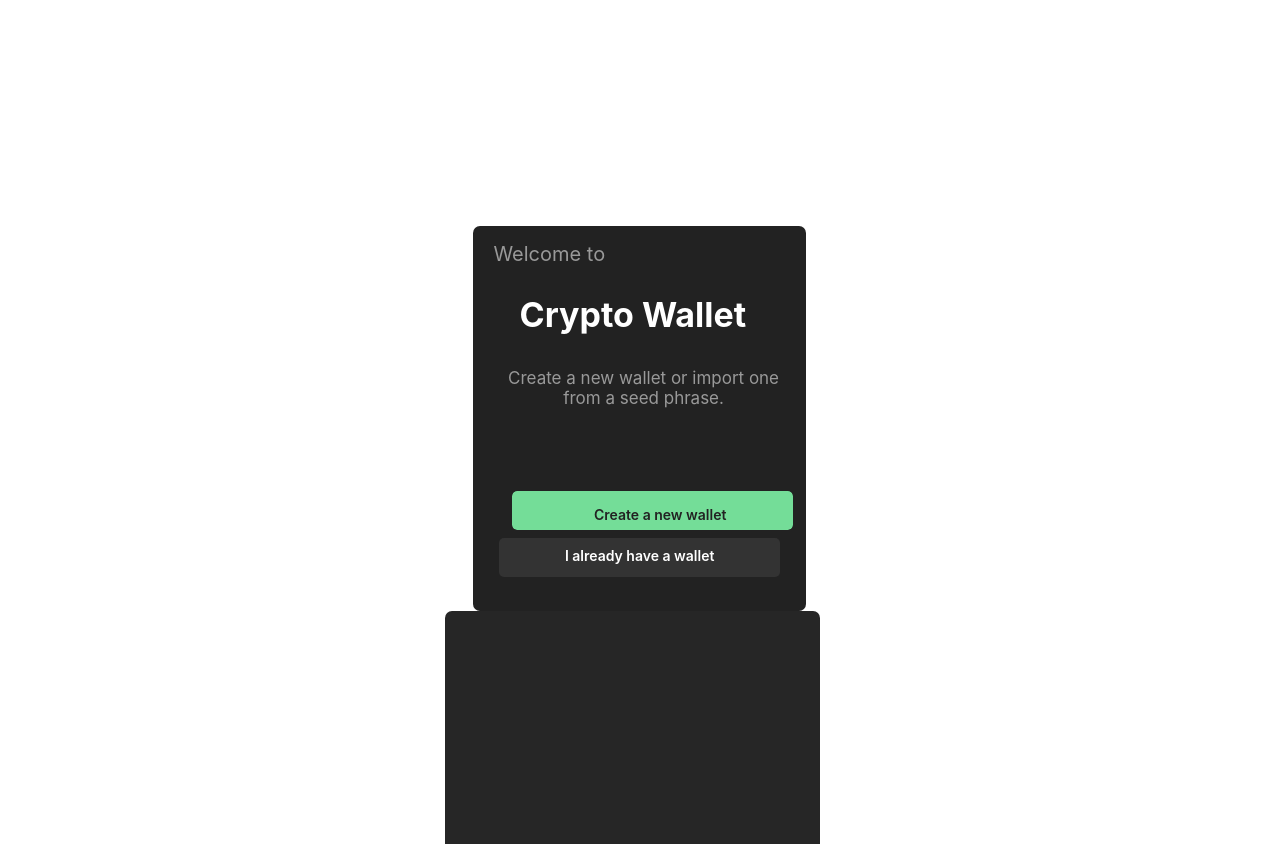
Repository: krishbains/CryptoWallet
Page: /
The author's editor kept a copy of each file at every save. The page is drawn from the files as they stood at one save, then again after the next save.
The browser window is 1280 px wide. The pictures show the whole page.
The project was rebuilt for these pictures with package versions that can differ from the ones it lists, and the page was loaded fresh each time. Also part of the build but not shown: src/components/basepage/basepage.jsx.

Above is the page before, as saved 2024-03-28 15:32:36.

### src/App.js
import './App.css';
import BasePage from './components/basepage/basepage';
import StartingPage from './components/startingpage/startingpage';

function App() {
  return (
    <div className="App">
      {/* <BasePage/> */}
      <StartingPage/>
    </div>
  );
}

export default App;

### src/components/startingpage/startingpage.jsx
import React from 'react';
import './startingpage.css';

export default function StartingPage() {
return (
<div className='main-container'>
    <div className='main-frame'>
    <span className='welcome-message'>Welcome to </span>
    <span className='crypto-wallet'>Crypto Wallet</span>
    <span className='create-wallet'>

        Create a new wallet or import one from a seed phrase.
    </span>
    <button className='group-button'>
        <span className='create-wallet-span'>Create a new wallet</span>
        <div className='new-wallet-box' />
    </button>
    <div className='main-frame-1' />
    <button className='existing-wallet-box' />
    <span className='wallet'>I already have a wallet</span>
    </div>
    <div className='main-frame-background' />
</div>
);
}

### src/components/basepage/basepage.css
:root {
  --default-font-family: -apple-system, BlinkMacSystemFont, "Segoe UI", Roboto,
    Ubuntu, "Helvetica Neue", Helvetica, Arial, "PingFang SC",
    "Hiragino Sans GB", "Microsoft Yahei UI", "Microsoft Yahei",
    "Source Han Sans CN", sans-serif;
}

.main-container {
  overflow: hidden;
}

.main-container,
.main-container * {
  box-sizing: border-box;
}

input,
select,
textarea,
button {
  outline: 0;
}

.main-container {
  position: relative;
  width: 375px;
  height: 812px;
  margin: 0 auto;
}
.main-frame-background {
  position: relative;
  width: 374.944px;
  height: 812px;
  margin: 0 0 0 0;
  background: #262626;
  z-index: 1;
  overflow: visible auto;
  border-radius: 7px;
}
.account-bar {
  position: relative;
  width: 375px;
  height: 58px;
  margin: 0 0 0 0;
  background: #222222;
  z-index: 3;
  border-radius: 7px 7px 0 0;
}
.account {
  display: flex;
  align-items: flex-start;
  justify-content: flex-start;
  position: absolute;
  height: 47.455px;
  top: 5.273px;
  left: 128.397px;
  color: #ffffff;
  font-family: Kantumruy, var(--default-font-family);
  font-size: 20px;
  font-weight: 400;
  line-height: 36.133px;
  text-align: left;
  white-space: nowrap;
  z-index: 4;
}
.vector {
  position: absolute;
  width: 7.07%;
  height: 40.91%;
  top: 29.55%;
  left: 4.62%;
  background: url(../assets/images/45246d70-5334-4404-8daa-30d76e51f1e5.png)
    no-repeat center;
  background-size: 100% 100%;
  z-index: 6;
}
.rectangle {
  position: relative;
  width: 333.22px;
  height: 131.818px;
  margin: 26.364px 0 0 20.38px;
  background: #74dd98;
  border: 2px solid #2e2e2e;
  z-index: 60;
  border-radius: 16px;
  box-shadow: 0 4px 4px 0 rgba(0, 0, 0, 0.25);
}
.flex-column-be {
  position: absolute;
  width: 40.67%;
  height: 76%;
  top: 10.48%;
  left: 5.52%;
  font-size: 0px;
  z-index: 65;
}
.current-balance {
  display: block;
  position: relative;
  height: 31.636px;
  margin: 0 0 0 0;
  color: #272727;
  font-family: Poppins, var(--default-font-family);
  font-size: 16px;
  font-weight: 600;
  line-height: 24px;
  text-align: left;
  white-space: nowrap;
  z-index: 65;
}
.currency {
  display: block;
  position: relative;
  height: 47.455px;
  margin: 21.091px 0 0 0;
  color: #1d1d1d;
  font-family: Poppins, var(--default-font-family);
  font-size: 24px;
  font-weight: 700;
  line-height: 36px;
  text-align: left;
  white-space: nowrap;
  z-index: 64;
}
.percentage {
  display: flex;
  align-items: center;
  justify-content: flex-start;
  position: absolute;
  height: 23.727px;
  top: 77.091px;
  right: 92.769px;
  color: #2e2e2e;
  font-family: Inter, var(--default-font-family);
  font-size: 14.819188117980957px;
  font-weight: 700;
  line-height: 17.935px;
  text-align: left;
  white-space: nowrap;
  z-index: 62;
}
.arrow-up {
  position: absolute;
  width: 3.68%;
  height: 12.04%;
  top: 60.34%;
  left: 52%;
  background: url(../assets/images/10aa10bc-5b7c-4b32-8284-2e646e5b7f8e.png)
    no-repeat center;
  background-size: 100% 100%;
  z-index: 63;
  overflow: hidden;
  border-radius: 16px;
}
.flex-row-afb {
  display: flex;
  align-items: center;
  justify-content: space-between;
  position: relative;
  width: 324.736px;
  height: 50.091px;
  margin: 39.545px 0 0 22.418px;
  z-index: 57;
}
.transfer-button {
  flex-shrink: 0;
  position: relative;
  width: 102.589px;
  height: 50.091px;
  background: #74dd98;
  border: 2px solid #393939;
  z-index: 57;
  border-radius: 20px;
  box-sizing: content-box;
}
.transfer {
  display: flex;
  align-items: flex-start;
  justify-content: flex-start;
  position: absolute;
  height: 25.045px;
  top: 11.864px;
  left: 21.702px;
  color: #222222;
  font-family: Inter, var(--default-font-family);
  font-size: 14px;
  font-weight: 600;
  line-height: 16.943px;
  text-align: left;
  white-space: nowrap;
  z-index: 58;
}
.deposit-button {
  flex-shrink: 0;
  position: relative;
  width: 102.589px;
  height: 50.091px;
  background: #74dd98;
  border: 2px solid #393939;
  z-index: 54;
  border-radius: 20px;
  box-sizing: content-box;
  box-shadow: 0 4px 4px 0 rgba(0, 0, 0, 0.25) inset;
}
.deposit {
  display: flex;
  align-items: flex-start;
  justify-content: flex-start;
  position: absolute;
  height: 25.045px;
  top: 11.864px;
  left: 23.674px;
  color: #28272a;
  font-family: Inter, var(--default-font-family);
  font-size: 14px;
  font-weight: 600;
  line-height: 16.943px;
  text-align: left;
  white-space: nowrap;
  z-index: 55;
  text-shadow: 0 4px 4px rgba(0, 0, 0, 0.25);
}
.receive-button {
  flex-shrink: 0;
  position: relative;
  width: 102.589px;
  height: 50.091px;
  background: #74dd98;
  border: 2px solid #393939;
  z-index: 51;
  border-radius: 20px;
  box-sizing: content-box;
}
.withdraw {
  display: flex;
  align-items: flex-start;
  justify-content: flex-start;
  position: absolute;
  height: 25.045px;
  top: 11.864px;
  left: 16.77px;
  color: #28272a;
  font-family: Inter, var(--default-font-family);
  font-size: 14px;
  font-weight: 600;
  line-height: 16.943px;
  text-align: left;
  white-space: nowrap;
  z-index: 52;
}
.holdings-background {
  position: relative;
  width: 353.601px;
  height: 395.455px;
  margin: 39.545px 0 0 10.19px;
  background: url(../assets/images/080edce0-6464-4538-901a-cff2fcb1b786.png)
    no-repeat center;
  background-size: cover;
  z-index: 46;
  overflow: visible auto;
}
.flex-row {
  display: flex;
  align-items: center;
  justify-content: space-between;
  position: relative;
  width: 327.106px;
  height: 26.364px;
  margin: 14.5px 0 0 9.171px;
  z-index: 48;
}
.holdings {
  flex-shrink: 0;
  position: relative;
  height: 26.364px;
  color: #ffffff;
  font-family: Poppins, var(--default-font-family);
  font-size: 15px;
  font-weight: 700;
  line-height: 20px;
  text-align: left;
  white-space: nowrap;
  z-index: 48;
}
.see-all {
  flex-shrink: 0;
  position: relative;
  height: 21.091px;
  color: #ffffff;
  font-family: Poppins, var(--default-font-family);
  font-size: 14px;
  font-weight: 500;
  line-height: 16px;
  text-align: left;
  text-decoration: underline;
  white-space: nowrap;
  z-index: 47;
}
.flex-row-fa {
  position: relative;
  width: 338.315px;
  height: 59.318px;
  margin: 11.864px 0 0 12.228px;
  z-index: 45;
}
.eth-icon {
  position: absolute;
  width: 14.46%;
  height: 100%;
  top: 0;
  left: 0;
  background: url(../assets/images/b7ec6f21-89a5-45ad-a6ac-5ef64cc5c58f.png)
    no-repeat center;
  background-size: 100% 100%;
  z-index: 44;
}
.pound-amount {
  display: flex;
  align-items: center;
  justify-content: flex-start;
  position: absolute;
  height: 31.636px;
  top: 1.318px;
  right: 0;
  color: #ffffff;
  font-family: Poppins, var(--default-font-family);
  font-size: 16px;
  font-weight: 700;
  line-height: 24px;
  text-align: left;
  white-space: nowrap;
  z-index: 41;
}
.ethereum {
  display: flex;
  align-items: flex-start;
  justify-content: flex-start;
  position: absolute;
  height: 53.33%;
  top: 6.67%;
  left: 18.31%;
  color: #ffffff;
  font-family: Poppins, var(--default-font-family);
  font-size: 16px;
  font-weight: 700;
  line-height: 24px;
  text-align: left;
  white-space: nowrap;
  z-index: 43;
}
.graph-eth {
  position: absolute;
  width: 68.054px;
  height: 34.744px;
  top: 10.34px;
  left: 167.178px;
  background: url(../assets/images/f28026c0-2074-47fa-8fcf-f2ae30d66aa1.png)
    no-repeat center;
  background-size: cover;
  z-index: 45;
}
.eth {
  display: flex;
  align-items: flex-start;
  justify-content: flex-start;
  position: absolute;
  height: 46.67%;
  top: 53.33%;
  left: 18.31%;
  color: #6c757d;
  font-family: Poppins, var(--default-font-family);
  font-size: 14px;
  font-weight: 400;
  line-height: 21px;
  text-align: left;
  white-space: nowrap;
  z-index: 42;
}
.eth-amount {
  display: flex;
  align-items: center;
  justify-content: flex-start;
  position: absolute;
  height: 19.773px;
  top: 35.591px;
  right: 5.095px;
  color: #6c757d;
  font-family: Poppins, var(--default-font-family);
  font-size: 10px;
  font-weight: 700;
  line-height: 15px;
  text-align: left;
  white-space: nowrap;
  z-index: 40;
}
.flex-row-eed {
  position: relative;
  width: 334.239px;
  height: 59.318px;
  margin: 31.636px 0 0 13.247px;
  z-index: 35;
}
.rectangle-1 {
  position: absolute;
  width: 48.913px;
  height: 59.318px;
  top: 0;
  left: 0;
  background: #212125;
  z-index: 34;
  border-radius: 6px;
}
.bitcoin-logo {
  position: relative;
  width: 22.418px;
  height: 29px;
  margin: 15.818px 0 0 13.247px;
  z-index: 36;
  overflow: hidden;
}
.group {
  position: relative;
  width: 16.199px;
  height: 29px;
  margin: 0 0 0 3.109px;
  z-index: 37;
}
.vector-2 {
  position: absolute;
  width: 100%;
  height: 100%;
  top: 0;
  left: 0;
  background: url(../assets/images/91116894-a53a-42bc-a648-6d4736a95ef9.png)
    no-repeat center;
  background-size: 100% 100%;
  z-index: 38;
}
.pound-amount-3 {
  display: flex;
  align-items: center;
  justify-content: flex-start;
  position: absolute;
  height: 31.636px;
  top: 1.318px;
  right: 0;
  color: #ffffff;
  font-family: Poppins, var(--default-font-family);
  font-size: 16px;
  font-weight: 700;
  line-height: 24px;
  text-align: left;
  white-space: nowrap;
  z-index: 29;
}
.bitcoin {
  display: flex;
  align-items: flex-start;
  justify-content: flex-start;
  position: absolute;
  height: 53.33%;
  top: 6.67%;
  left: 18.85%;
  color: #ffffff;
  font-family: Poppins, var(--default-font-family);
  font-size: 16px;
  font-weight: 700;
  line-height: 24px;
  text-align: left;
  white-space: nowrap;
  z-index: 32;
}
.graph-btc {
  position: absolute;
  width: 69.773px;
  height: 25.811px;
  top: 16.871px;
  left: 166.11px;
  background: url(../assets/images/b357d26c-909c-44e7-9281-c4edeaf9df15.png)
    no-repeat center;
  background-size: cover;
  z-index: 35;
}
.btc {
  display: flex;
  align-items: flex-start;
  justify-content: flex-start;
  position: absolute;
  height: 46.67%;
  top: 53.33%;
  left: 18.85%;
  color: #6c757d;
  font-family: Poppins, var(--default-font-family);
  font-size: 14px;
  font-weight: 400;
  line-height: 21px;
  text-align: left;
  white-space: nowrap;
  z-index: 31;
}
.btc-amount {
  display: flex;
  align-items: center;
  justify-content: flex-start;
  position: absolute;
  height: 19.773px;
  top: 35.591px;
  right: 1.235px;
  color: #6c757d;
  font-family: Poppins, var(--default-font-family);
  font-size: 10px;
  font-weight: 700;
  line-height: 15px;
  text-align: left;
  white-space: nowrap;
  z-index: 30;
}
.flex-row-d {
  position: relative;
  width: 333.22px;
  height: 59.318px;
  margin: 31.636px 0 0 14.266px;
  z-index: 26;
}
.rectangle-4 {
  position: absolute;
  width: 48.913px;
  height: 59.318px;
  top: 0;
  left: 0;
  background: #212125;
  z-index: 26;
  border-radius: 6px;
}
.vector-5 {
  position: relative;
  width: 20.38px;
  height: 26.364px;
  margin: 15.818px 0 0 14.266px;
  background: url(../assets/images/54097542-4e6a-4b7e-aa89-15c2462a3a01.png)
    no-repeat center;
  background-size: 100% 100%;
  z-index: 27;
}
.pound {
  display: flex;
  align-items: center;
  justify-content: flex-start;
  position: absolute;
  height: 31.636px;
  top: 1.318px;
  right: 0;
  color: #ffffff;
  font-family: Poppins, var(--default-font-family);
  font-size: 16px;
  font-weight: 700;
  line-height: 24px;
  text-align: left;
  white-space: nowrap;
  z-index: 21;
}
.bitcoin-litecoin {
  display: flex;
  align-items: flex-start;
  justify-content: flex-start;
  position: absolute;
  height: 53.33%;
  top: 6.67%;
  left: 18.9%;
  color: #ffffff;
  font-family: Poppins, var(--default-font-family);
  font-size: 16px;
  font-weight: 700;
  line-height: 24px;
  text-align: left;
  white-space: nowrap;
  z-index: 24;
}
.graph-eth-6 {
  position: absolute;
  width: 68.054px;
  height: 34.744px;
  top: 12.411px;
  left: 166.619px;
  background: url(../assets/images/5a5ba27f-919b-4bf2-a698-b63f6a62aeda.png)
    no-repeat center;
  background-size: cover;
  z-index: 20;
}
.ltc {
  display: flex;
  align-items: flex-start;
  justify-content: flex-start;
  position: absolute;
  height: 46.67%;
  top: 53.33%;
  left: 18.9%;
  color: #6c757d;
  font-family: Poppins, var(--default-font-family);
  font-size: 14px;
  font-weight: 400;
  line-height: 21px;
  text-align: left;
  white-space: nowrap;
  z-index: 23;
}
.ltc-amount {
  display: flex;
  align-items: center;
  justify-content: flex-start;
  position: absolute;
  height: 19.773px;
  top: 35.591px;
  right: 0px;
  color: #6c757d;
  font-family: Poppins, var(--default-font-family);
  font-size: 10px;
  font-weight: 700;
  line-height: 15px;
  text-align: left;
  white-space: nowrap;
  z-index: 22;
}
.flex-row-cdef {
  position: relative;
  width: 333.22px;
  height: 59.318px;
  margin: 31.636px 0 0 9.171px;
  z-index: 16;
}
.rectangle-7 {
  position: absolute;
  width: 48.913px;
  height: 59.318px;
  top: 0;
  left: 0;
  background: #212125;
  z-index: 16;
  border-radius: 6px;
}
.xrp-alt {
  position: relative;
  width: 22.418px;
  height: 29px;
  margin: 15.818px 0 0 13.247px;
  z-index: 17;
  overflow: hidden;
}
.xrp {
  position: relative;
  width: 21.219px;
  height: 28.881px;
  margin: 0.12px 0 0 0.59px;
  background: url(../assets/images/051f1be4-0ac0-4825-8185-528ab2f2c210.png)
    no-repeat center;
  background-size: 100% 100%;
  z-index: 18;
}
.pound-8 {
  display: flex;
  align-items: center;
  justify-content: flex-start;
  position: absolute;
  height: 31.636px;
  top: 1.318px;
  right: 0px;
  color: #ffffff;
  font-family: Poppins, var(--default-font-family);
  font-size: 16px;
  font-weight: 700;
  line-height: 24px;
  text-align: left;
  white-space: nowrap;
  z-index: 11;
}
.ripple {
  display: flex;
  align-items: flex-start;
  justify-content: flex-start;
  position: absolute;
  height: 53.33%;
  top: 6.67%;
  left: 18.9%;
  color: #ffffff;
  font-family: Poppins, var(--default-font-family);
  font-size: 16px;
  font-weight: 700;
  line-height: 24px;
  text-align: left;
  white-space: nowrap;
  z-index: 14;
}
.graph-eth-9 {
  position: absolute;
  width: 68.054px;
  height: 34.744px;
  top: 12.411px;
  left: 166.619px;
  background: url(../assets/images/47c54188-5354-4b07-969a-d62b24e173eb.png)
    no-repeat center;
  background-size: cover;
  z-index: 10;
}
.btc-a {
  display: flex;
  align-items: flex-start;
  justify-content: flex-start;
  position: absolute;
  height: 46.67%;
  top: 53.33%;
  left: 18.9%;
  color: #6c757d;
  font-family: Poppins, var(--default-font-family);
  font-size: 14px;
  font-weight: 400;
  line-height: 21px;
  text-align: left;
  white-space: nowrap;
  z-index: 13;
}
.ltc-b {
  display: flex;
  align-items: center;
  justify-content: flex-start;
  position: absolute;
  height: 19.773px;
  top: 35.591px;
  right: 0;
  color: #6c757d;
  font-family: Poppins, var(--default-font-family);
  font-size: 10px;
  font-weight: 700;
  line-height: 15px;
  text-align: left;
  white-space: nowrap;
  z-index: 12;
}

### src/components/startingpage/startingpage.css
:root {
    --default-font-family: -apple-system, BlinkMacSystemFont, "Segoe UI", Roboto,
      Ubuntu, "Helvetica Neue", Helvetica, Arial, "PingFang SC",
      "Hiragino Sans GB", "Microsoft Yahei UI", "Microsoft Yahei",
      "Source Han Sans CN", sans-serif;
  }

  .main-container {
    overflow: hidden;
  }

  .main-container,
  .main-container * {
    box-sizing: border-box;
  }

  input,
  select,
  textarea,
  button {
    outline: 0;
  }

  .main-container {
    position: relative;
    width: 390px;
    height: 844px;
    margin: 0 auto;
  }
  .main-frame {
    position: relative;
    width: 333px;
    height: 385px;
    margin: 226px 0 0 28px;
    font-size: 0px;
    z-index: 1;
    overflow: visible auto;
  }
  .welcome-message {
    display: flex;
    align-items: flex-start;
    justify-content: center;
    position: relative;
    width: 103.837px;
    height: 22.803px;
    margin: 17.308px 0 0 24.374px;
    color: #999999;
    font-family: Actor, var(--default-font-family);
    font-size: 20px;
    font-weight: 400;
    line-height: 22.803px;
    text-align: center;
    white-space: nowrap;
    z-index: 10;
  }
  .crypto-wallet {
    display: block;
    position: relative;
    height: 61.757px;
    margin: 18.052px 0 0 46.553px;
    color: #ffffff;
    font-family: Kantumruy, var(--default-font-family);
    font-size: 34px;
    font-weight: 700;
    line-height: 61.426px;
    text-align: left;
    white-space: nowrap;
    z-index: 8;
  }
  .create-wallet {
    display: flex;
    align-items: flex-start;
    justify-content: center;
    position: relative;
    width: 298.406px;
    height: 43.705px;
    margin: 21.853px 0 0 21.35px;
    color: #999999;
    font-family: Actor, var(--default-font-family);
    font-size: 17px;
    font-weight: 400;
    line-height: 20.451px;
    text-align: center;
    z-index: 9;
  }
  .group-button {
    position: relative;
    width: 281px;
    height: 39px;
    margin: 79.522px 0 0 26px;
    cursor: pointer;
    font-size: 0px;
    background: transparent;
    border: none;
    z-index: 3;
    overflow: visible auto;
    border-radius: 5px;
  }
  .create-wallet-span {
    display: block;
    position: relative;
    height: 18.052px;
    margin: 10.739px 0 0 76px;
    color: #222222;
    font-family: Inter, var(--default-font-family);
    font-size: 14px;
    font-weight: 600;
    line-height: 16.943px;
    text-align: left;
    white-space: nowrap;
    z-index: 5;
  }
  .new-wallet-box {
    position: absolute;
    width: 281px;
    height: 39px;
    top: 0;
    left: 0;
    background: #74dd98;
    z-index: 4;
    border-radius: 5px;
  }
  .main-frame-1 {
    position: absolute;
    width: 333px;
    height: 385px;
    top: 0;
    left: 0;
    background: #222222;
    z-index: 2;
    border-radius: 7px;
  }
  .existing-wallet-box {
    position: absolute;
    width: 281px;
    height: 39px;
    top: 312px;
    left: 26px;
    cursor: pointer;
    background: #333333;
    border: none;
    z-index: 6;
    border-radius: 5px;
  }
  .wallet {
    display: flex;
    align-items: flex-start;
    justify-content: flex-start;
    position: absolute;
    height: 18.052px;
    top: 322.295px;
    left: 91.919px;
    color: #ffffff;
    font-family: Inter, var(--default-font-family);
    font-size: 14px;
    font-weight: 600;
    line-height: 16.943px;
    text-align: left;
    white-space: nowrap;
    z-index: 7;
  }
  /* .main-frame-background {
    position: absolute;
    width: 390px;
    height: 844px;
    top: 0;
    left: 0;
    background: #bfc9ff;
    border-radius: 7px;
  } */

Loaded but not shown: public/index.html (common file); src/index.js (common file); src/index.css (common file); src/reportWebVitals.js (common file); src/App.css (common file)

After the next save:
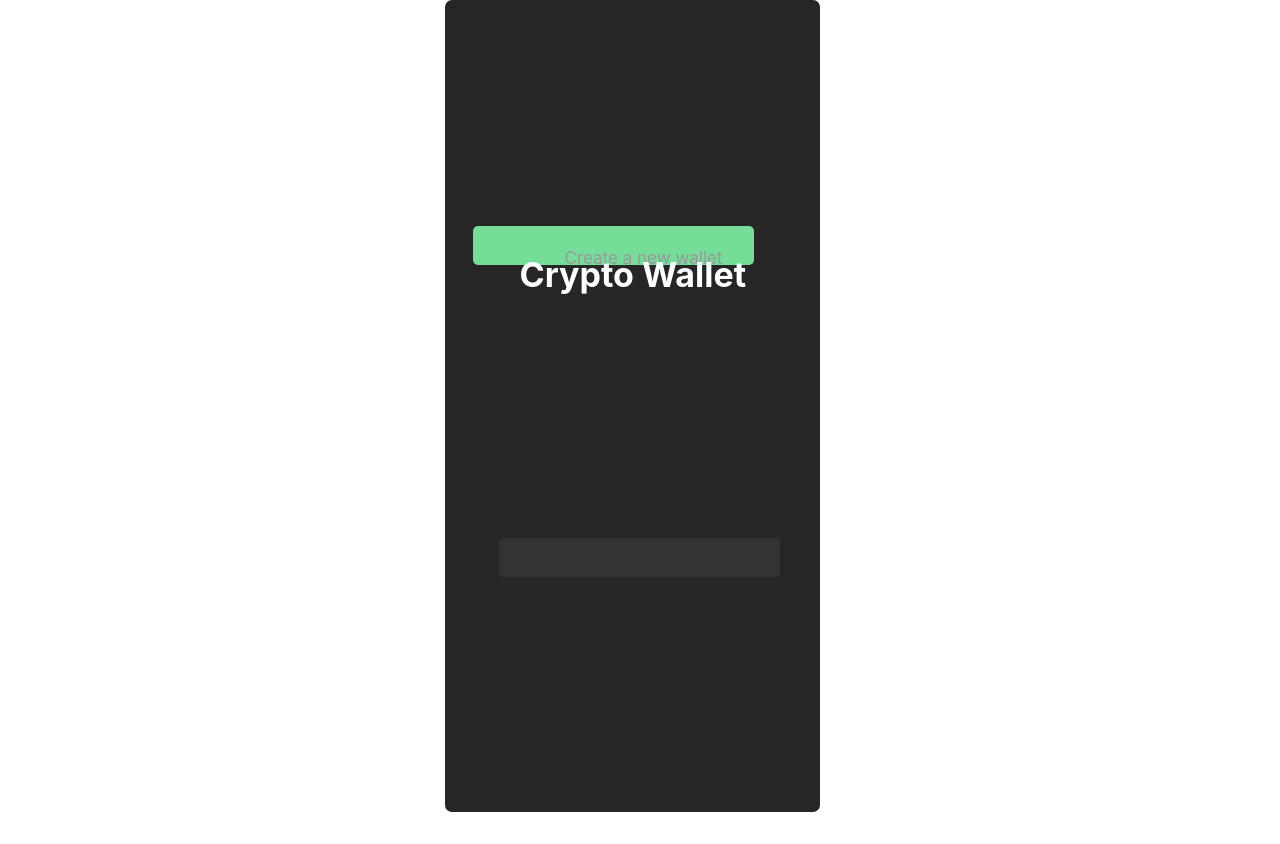
Saved 4 min 46 s later.
--- a/src/components/startingpage/startingpage.jsx
+++ b/src/components/startingpage/startingpage.jsx
@@ -4,22 +4,22 @@ import './startingpage.css';
 export default function StartingPage() {
 return (
 <div className='main-container'>
-    <div className='main-frame'>
-    <span className='welcome-message'>Welcome to </span>
-    <span className='crypto-wallet'>Crypto Wallet</span>
-    <span className='create-wallet'>
+      <div className='main-frame-background'>
+        <div className='main-frame'>
+          <span className='welcome-to'>Welcome to </span>
+          <span className='crypto-wallet'>Crypto Wallet</span>
+          <span className='new-wallet'>
 
-        Create a new wallet or import one from a seed phrase.
-    </span>
-    <button className='group-button'>
-        <span className='create-wallet-span'>Create a new wallet</span>
-        <div className='new-wallet-box' />
-    </button>
-    <div className='main-frame-1' />
-    <button className='existing-wallet-box' />
-    <span className='wallet'>I already have a wallet</span>
+            Create a new wallet or import one from a seed phrase.
+          </span>
+          <div className='new-wallet-box'>
+            <span className='create-wallet'>Create a new wallet</span>
+          </div>
+          <div className='existing-wallet-box'>
+            <span className='have-wallet'>I already have a wallet</span>
+          </div>
+        </div>
+      </div>
     </div>
-    <div className='main-frame-background' />
-</div>
 );
 }
